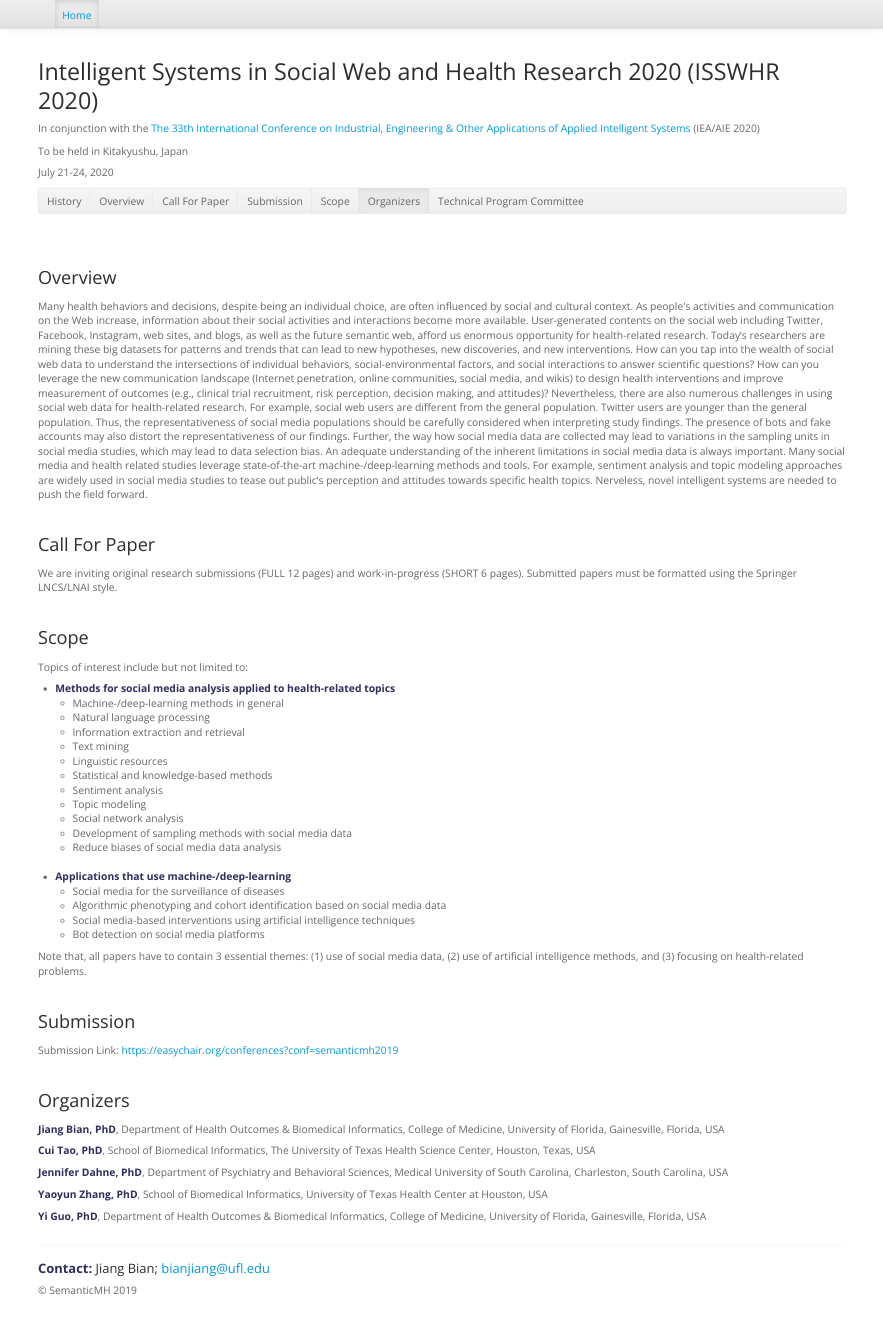
Repository: bianjiang/semantics-powered.org
Page: ISSWHR-2020/index.html
The author's editor kept a copy of each file at every save. The page is drawn from the files as they stood at one save, then again after the next save.
The browser window is 1280 px wide. The pictures show the whole page, at 69% of full size.
Some web libraries are served in a nearby version.

Above is the page before, as saved 2019-10-26 17:05:44.
Console error (its wording comes from the project's code and is left out).

After the next save:
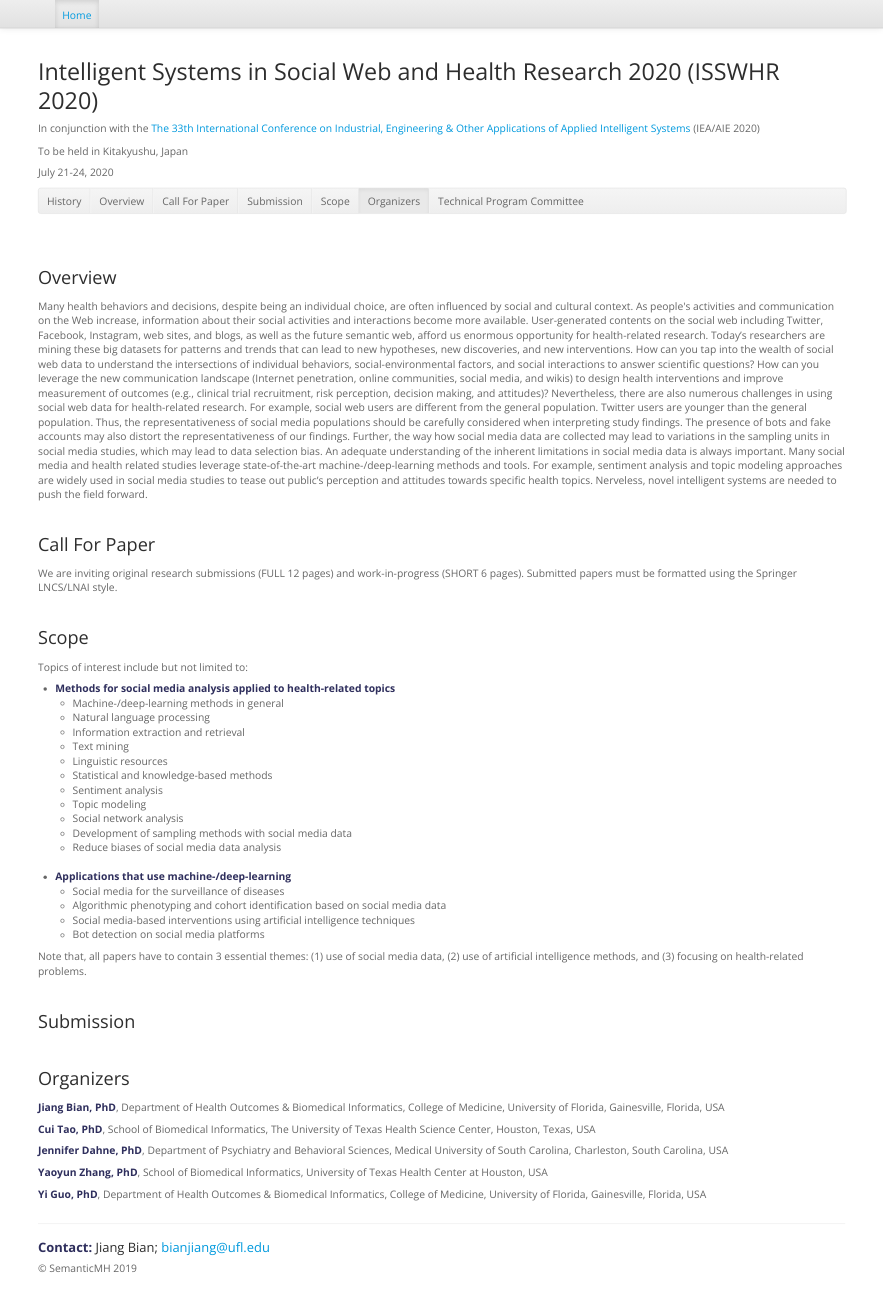
Saved 5 s later.
--- a/ISSWHR-2020/index.html
+++ b/ISSWHR-2020/index.html
@@ -189,7 +189,7 @@
       <div class="row">
         <div class="span12">
           <h3>Submission</h3>
-          <p>Submission Link: <a href="https://easychair.org/conferences?conf=semanticmh2019" target="_blank">https://easychair.org/conferences?conf=semanticmh2019</a></p>
+          <!-- <p>Submission Link: <a href="https://easychair.org/conferences?conf=semanticmh2019" target="_blank">https://easychair.org/conferences?conf=semanticmh2019</a></p> -->
         </div>
       </div>
     </section>
